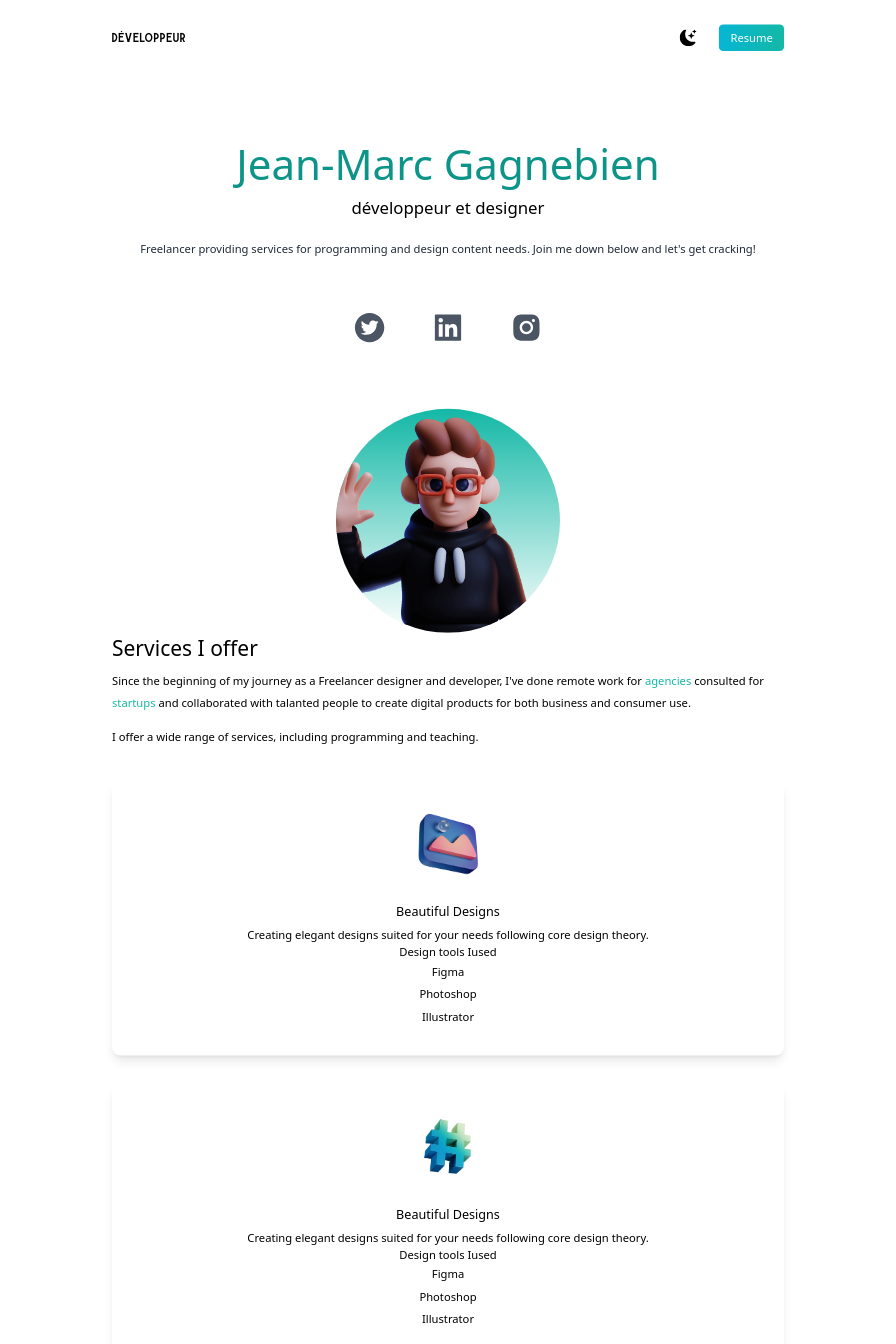
Repository: Jean-MarcG/portfoli_next
Page: /
An editor plug-in stored every save of this project. The page is shown before and after the next save, followed by the edit.
The browser window is 1280 px wide. The pictures show the part of the page from y = 0 to 1920 px (the page is 6748 px tall before and 6776 px after), at 70% of full size.
The project was rebuilt for these pictures with package versions that can differ from the ones it lists, and the page was loaded fresh each time. The framework's server and built-in components were replaced by stand-ins that run in the browser. Also part of the build but not shown: next.config.js.

Above is the page before, as saved 2023-04-03 11:25:34.

After the next save:
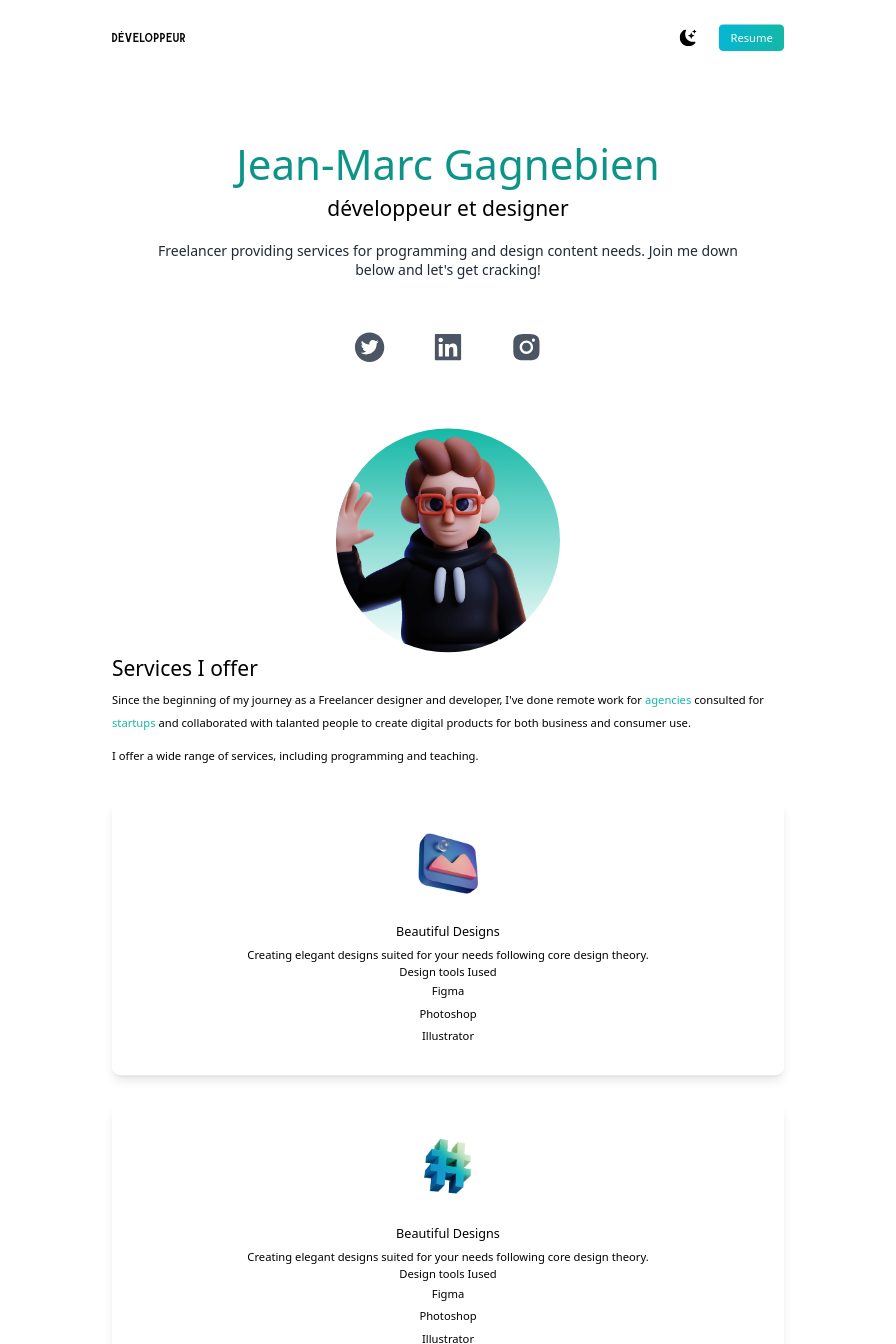
Saved 28 s later.
--- a/pages/index.js
+++ b/pages/index.js
@@ -40,8 +40,8 @@
           </nav>
           <div className='text-center p-10'>
             <h2 className='text-5xl py-2 text-teal-600 font-medium md:text-6xl'>Jean-Marc Gagnebien</h2>
-            <h3 className='text-2xl py-2'>développeur et designer</h3>
-            <p className='text-md py-5 leading-8 text-gray-800'>Freelancer providing services for programming and design content needs. Join me down below and let's get cracking!</p>
+            <h3 className='text-2xl py-2 md:text-3xl'>développeur et designer</h3>
+            <p className='text-md py-5 leading-8 text-gray-800 md:text-xl'>Freelancer providing services for programming and design content needs. Join me down below and let's get cracking!</p>
           </div>
           <div className='text-5xl flex justify-center gap-16 py-3 text-gray-600'>
             <AiFillTwitterCircle />
